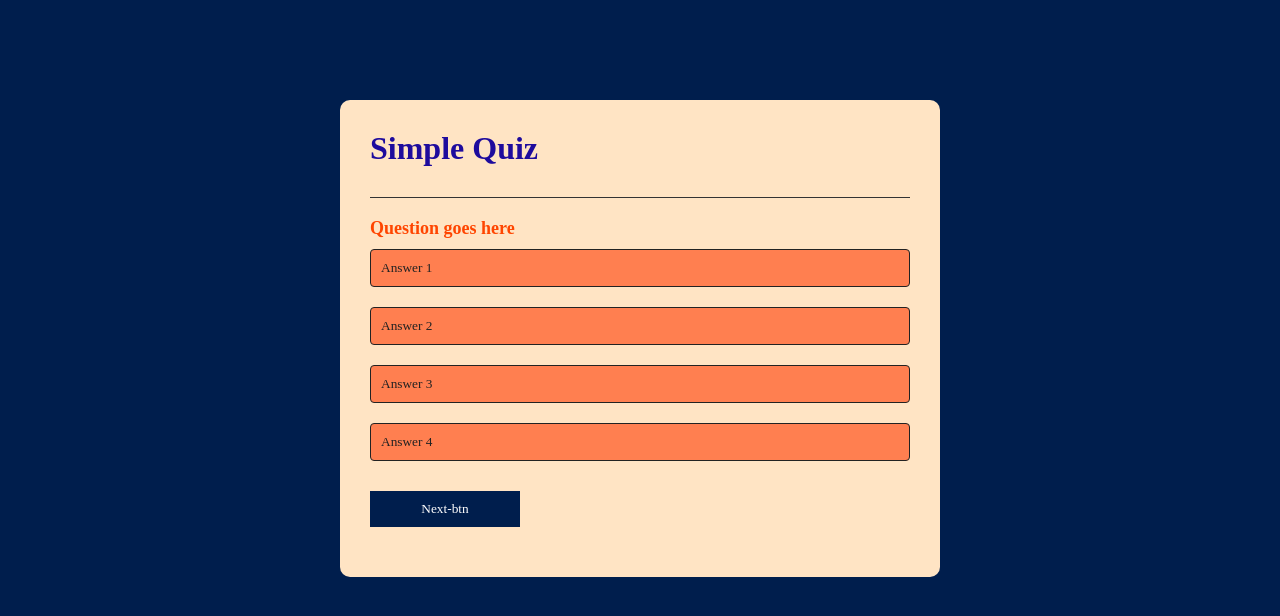
Repository: supriya123yadav/Quiz-project
Page: index.html
An editor plug-in stored every save of this project. The page is shown before and after the next save, followed by the edit.
The browser window is 1280 px wide. The pictures show the whole page.

Above is the page before, as saved 2024-07-07 16:13:56.

After the next save:
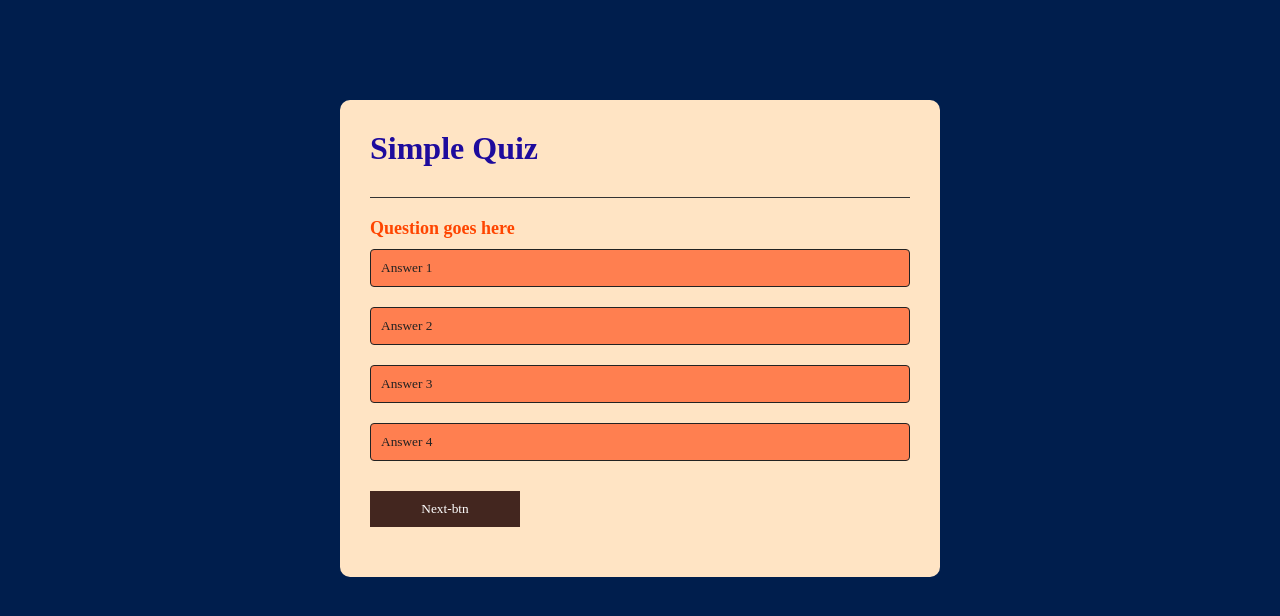
Saved 37 s later.
--- a/style.css
+++ b/style.css
@@ -51,7 +51,7 @@ body{
     color: white;
 }
 #next-btn{
-    background: #001e4d;
+    background: #43261f;
     color: #fff;
     font-weight: 500;
     width: 150px;
